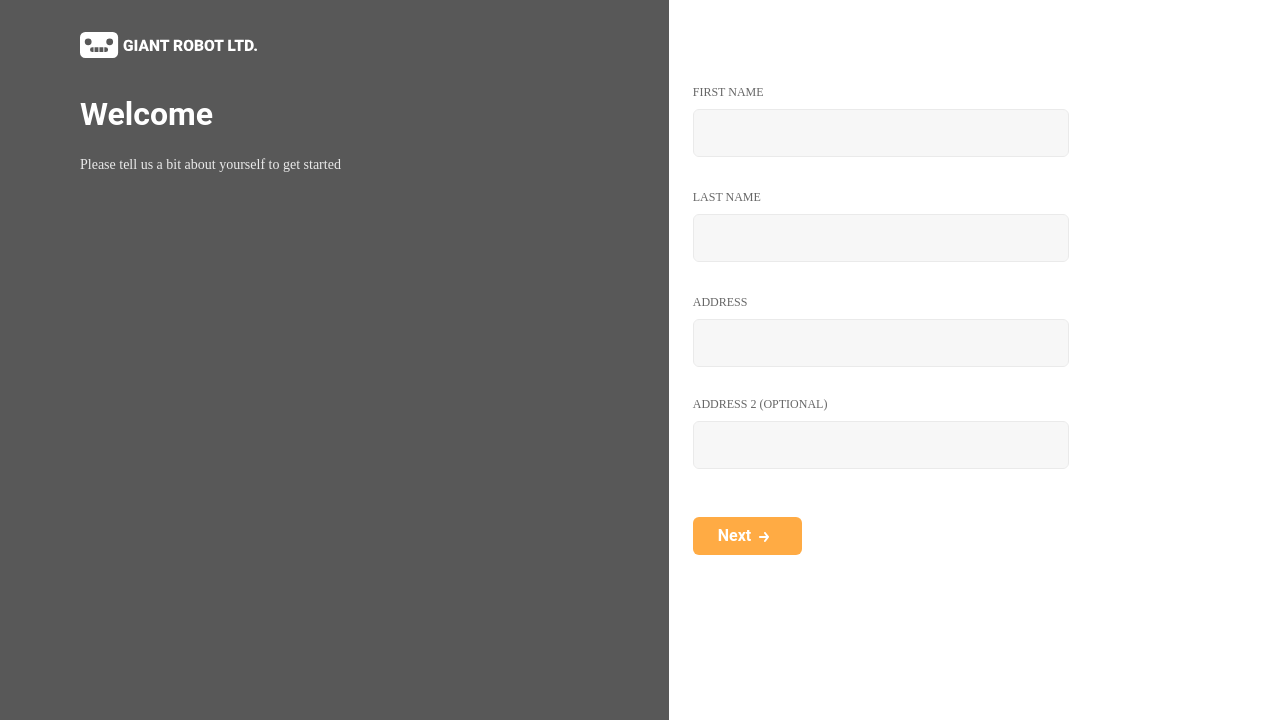
Repository: monicamarroyo/self-lender
Page: /
The author's editor kept a copy of each file at every save. The page is drawn from the files as they stood at one save, then again after the next save.
The browser window is 1280 px wide. The pictures show the whole page.
The project was rebuilt for these pictures with package versions that can differ from the ones it lists, and the page was loaded fresh each time.

Above is the page before, as saved 2019-03-27 12:19:29.

After the next save:
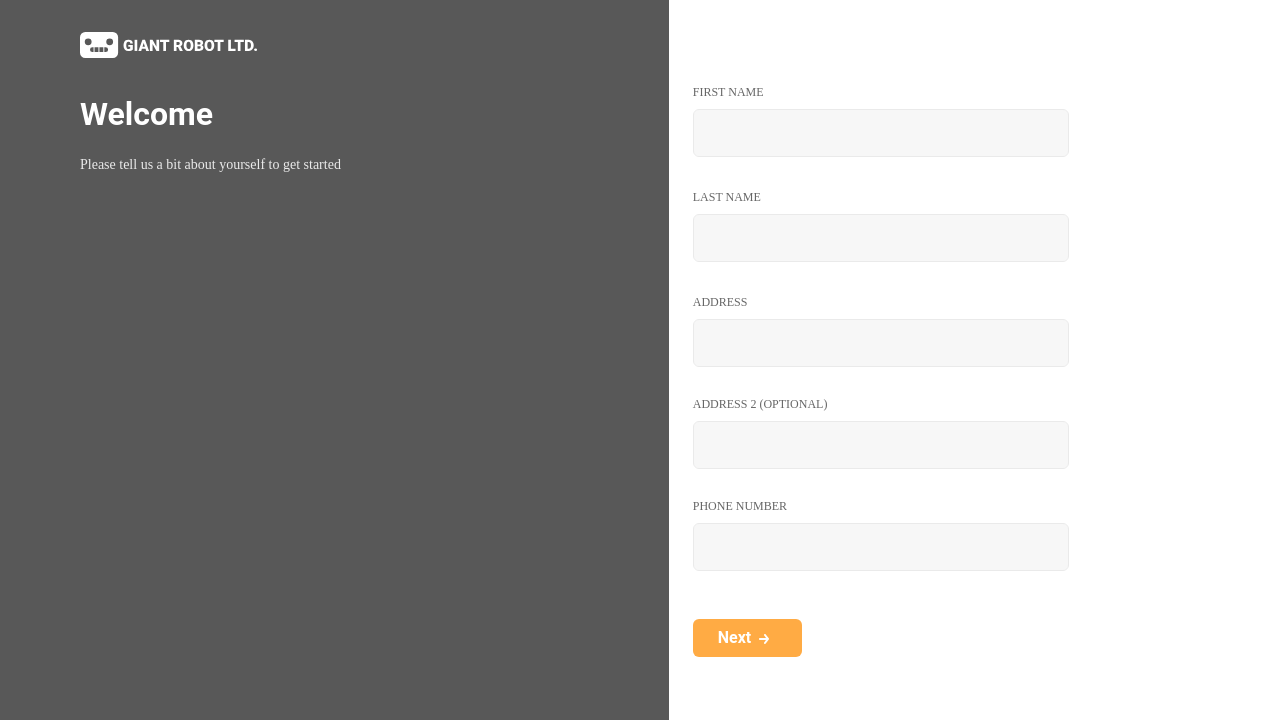
Saved 9 min 15 s later.
--- a/src/App.js
+++ b/src/App.js
@@ -15,7 +15,8 @@ class App extends Component { //class plain old javascript component
       addressOpt: "",
       firstNameError: "",
       lastNameError: "",
-      addressError: ""
+      addressError: "",
+      phoneNumber: ""
     };
   }
 //function that handles first name change, takes in the event
@@ -39,6 +40,9 @@ class App extends Component { //class plain old javascript component
   handleAddressOptChange = event => {
     this.setState({ addressOpt: event.target.value });
   };
+  handlePhoneNumber = event => {
+    this.setState()
+  }
   validateFirstName = () => {
     const { firstName } = this.state;
     this.setState({
@@ -171,6 +175,17 @@ class App extends Component { //class plain old javascript component
                     onChange={this.handleAddressOptChange}
                   />
                 </div>
+                <div className="form-group">
+                <label>Phone number</label>
+                <input
+                name="phoneNumber"
+                className="form-control"
+                id="phoneNumber"
+
+                >
+                </input>
+
+                </div>
                 <button className="btn" type="submit">
                   Next
                   <img
